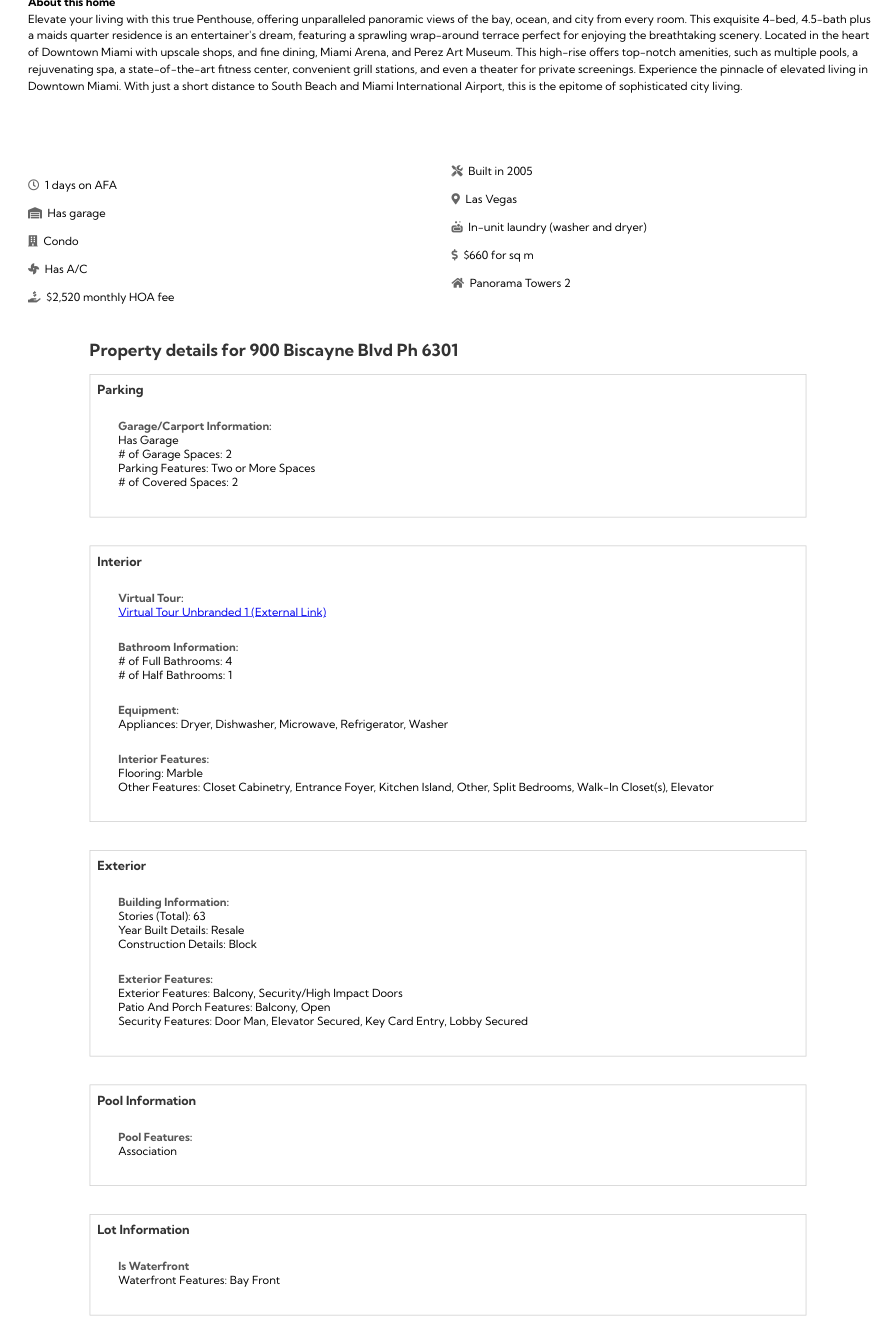
Repository: MrAllin1/ProgWWW_23_Gr1
Page: pages/Apartment8.html
The author's editor kept a copy of each file at every save. The page is drawn from the files as they stood at one save, then again after the next save.
The browser window is 1280 px wide. The pictures show the part of the page from y = 696 to 2596 px (the page is 4450 px tall before and 4430 px after), at 70% of full size.
A picture or video elsewhere on the page could not be fetched, so the positions and the page height are approximate. Some web libraries are served in a nearby version.

Above is the page before, as saved 2024-01-11 13:56:13.

After the next save:
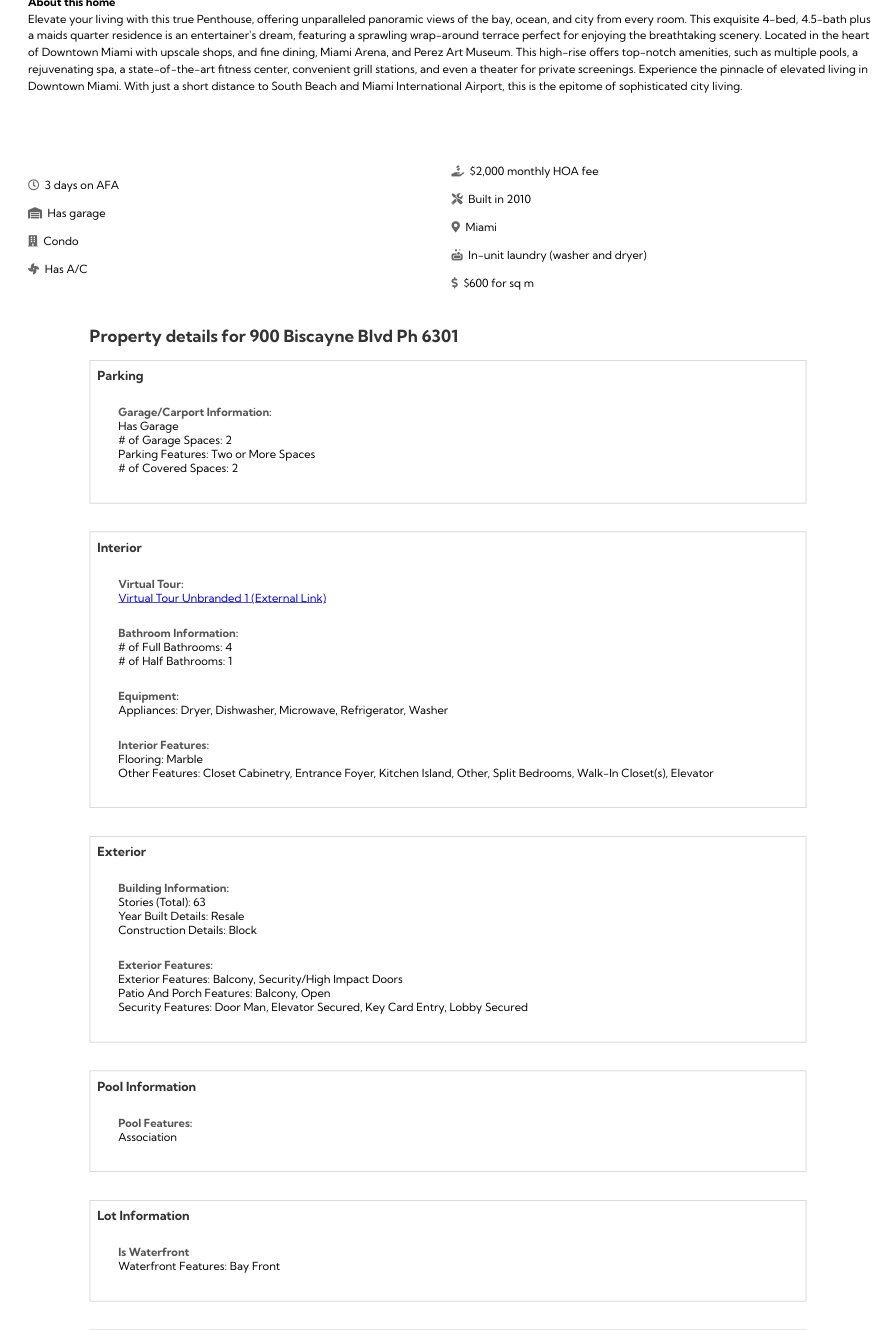
Saved 2 min 47 s later.
--- a/pages/Apartment8.html
+++ b/pages/Apartment8.html
@@ -74,7 +74,7 @@
 </br>
     <div class="property-features">
       <div class="feature">
-        <i class="far fa-clock"></i> 1 days on AFA
+        <i class="far fa-clock"></i> 3 days on AFA
       </div>
       <div class="feature">
         <i class="fas fa-warehouse"></i> Has garage
@@ -86,22 +86,19 @@
         <i class="fas fa-fan"></i> Has A/C
       </div>
       <div class="feature">
-        <i class="fas fa-hand-holding-usd"></i> $2,520 monthly HOA fee
-      </div>
-      <div class="feature">
-        <i class="fas fa-tools"></i> Built in 2005
-      </div>
-      <div class="feature">
-        <i class="fas fa-map-marker-alt"></i> Las Vegas
+        <i class="fas fa-hand-holding-usd"></i> $2,000 monthly HOA fee
+      </div>
+      <div class="feature">
+        <i class="fas fa-tools"></i> Built in 2010
+      </div>
+      <div class="feature">
+        <i class="fas fa-map-marker-alt"></i> Miami
       </div>
       <div class="feature">
         <i class="fas fa-soap"></i>In-unit laundry (washer and dryer)
       </div>
       <div class="feature">
-        <i class="fas fa-dollar-sign"></i> $660 for sq m
-    </div>
-      <div class="feature">
-        <i class="fas fa-home"></i> Panorama Towers 2
+        <i class="fas fa-dollar-sign"></i> $600 for sq m
       </div>
     </div>
 
